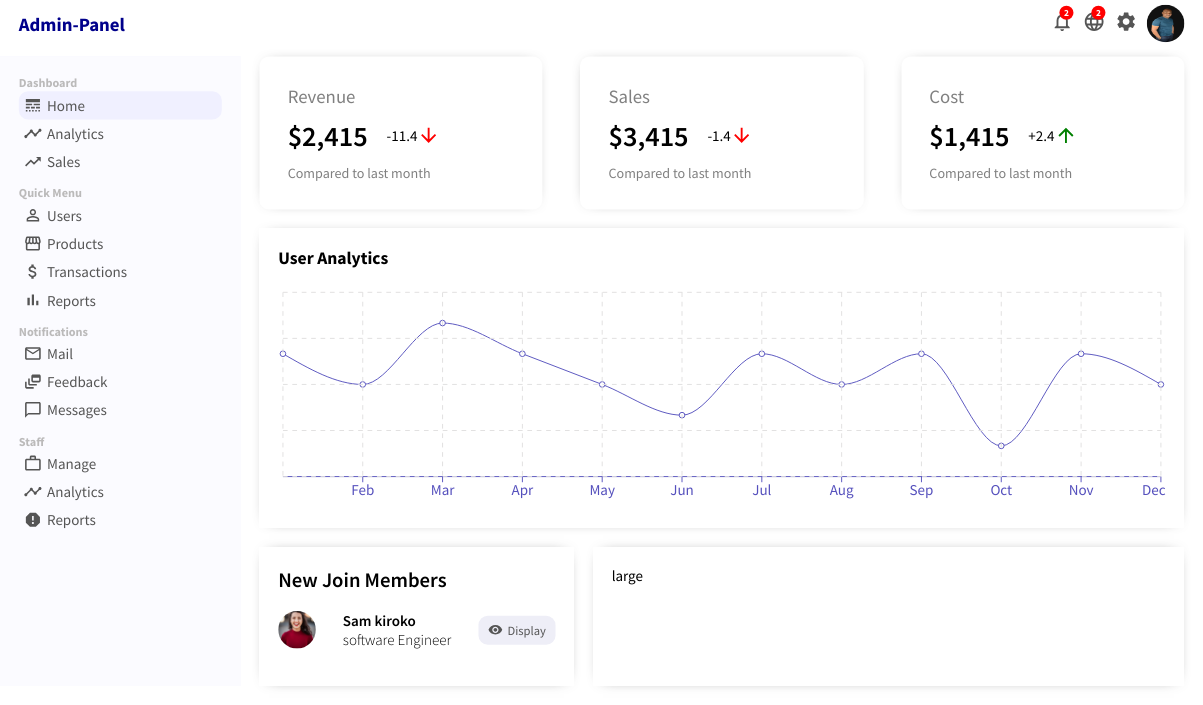
Repository: Samkiroko/admin-panel-ui
Page: /products
The author's editor kept a copy of each file at every save. The page is drawn from the files as they stood at one save, then again after the next save.
The browser window is 1280 px wide. The pictures show the whole page, at 94% of full size.
The project was rebuilt for these pictures with package versions that can differ from the ones it lists, and the page was loaded fresh each time.

Above is the page before, as saved 2021-09-22 21:57:26.

After the next save:
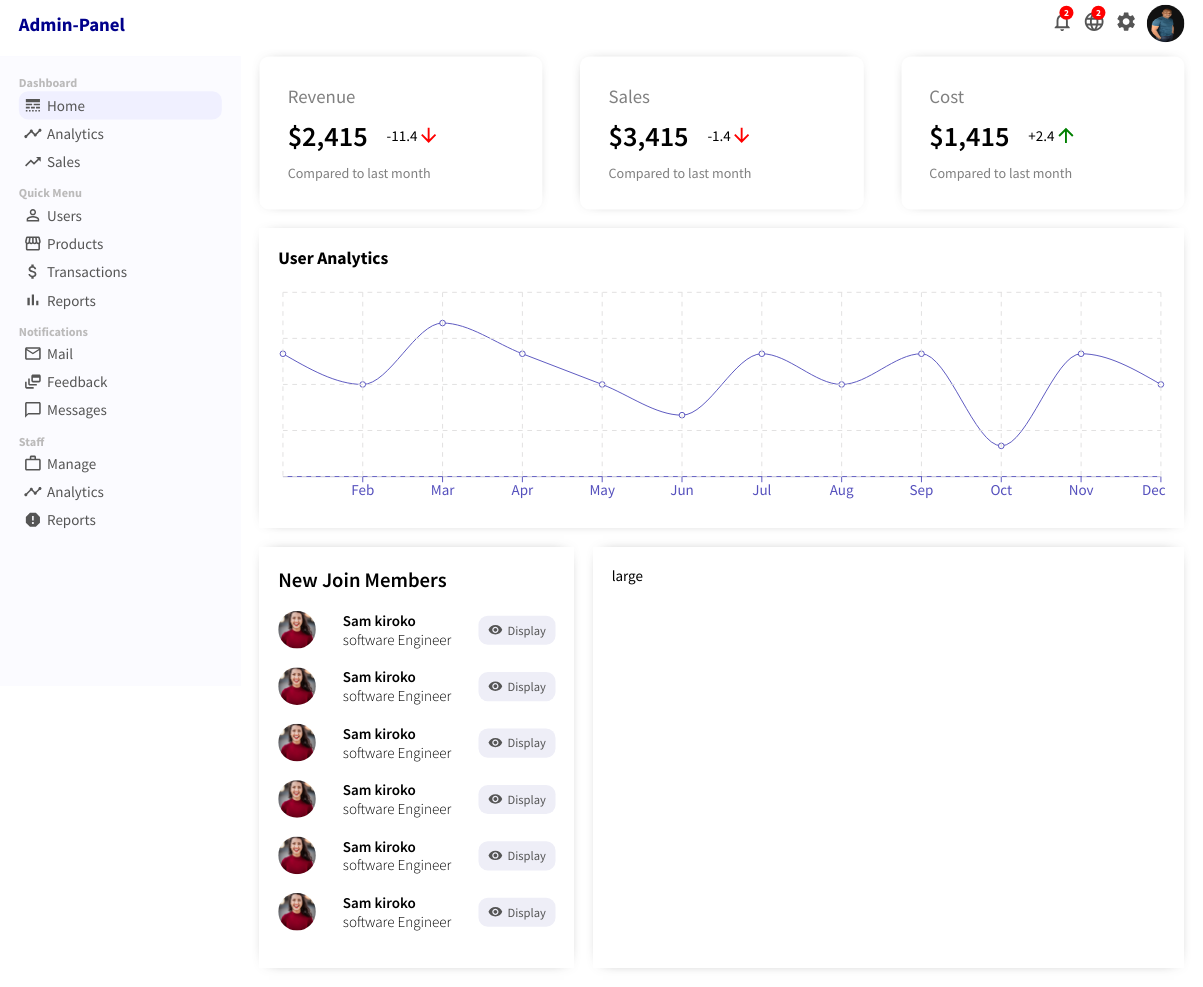
Saved 82 s later.
--- a/src/components/widgetSm/WidgetSm.js
+++ b/src/components/widgetSm/WidgetSm.js
@@ -19,6 +19,61 @@ const WidgetSm = () => {
             Display
           </button>
         </li>
+        <li className='widgetSmListItem'>
+          <img src={avatar} alt='avatar' className='widgetSmImg' />
+          <div className='widgetSmUser'>
+            <span className='widgetSmUsername'>Sam kiroko</span>
+            <span className='widgetSmUserTitle'>software Engineer</span>
+          </div>
+          <button className='widgetSmButton'>
+            <Visibility className='widgetSmIcon' />
+            Display
+          </button>
+        </li>{' '}
+        <li className='widgetSmListItem'>
+          <img src={avatar} alt='avatar' className='widgetSmImg' />
+          <div className='widgetSmUser'>
+            <span className='widgetSmUsername'>Sam kiroko</span>
+            <span className='widgetSmUserTitle'>software Engineer</span>
+          </div>
+          <button className='widgetSmButton'>
+            <Visibility className='widgetSmIcon' />
+            Display
+          </button>
+        </li>{' '}
+        <li className='widgetSmListItem'>
+          <img src={avatar} alt='avatar' className='widgetSmImg' />
+          <div className='widgetSmUser'>
+            <span className='widgetSmUsername'>Sam kiroko</span>
+            <span className='widgetSmUserTitle'>software Engineer</span>
+          </div>
+          <button className='widgetSmButton'>
+            <Visibility className='widgetSmIcon' />
+            Display
+          </button>
+        </li>{' '}
+        <li className='widgetSmListItem'>
+          <img src={avatar} alt='avatar' className='widgetSmImg' />
+          <div className='widgetSmUser'>
+            <span className='widgetSmUsername'>Sam kiroko</span>
+            <span className='widgetSmUserTitle'>software Engineer</span>
+          </div>
+          <button className='widgetSmButton'>
+            <Visibility className='widgetSmIcon' />
+            Display
+          </button>
+        </li>{' '}
+        <li className='widgetSmListItem'>
+          <img src={avatar} alt='avatar' className='widgetSmImg' />
+          <div className='widgetSmUser'>
+            <span className='widgetSmUsername'>Sam kiroko</span>
+            <span className='widgetSmUserTitle'>software Engineer</span>
+          </div>
+          <button className='widgetSmButton'>
+            <Visibility className='widgetSmIcon' />
+            Display
+          </button>
+        </li>
       </ul>
     </div>
   )
